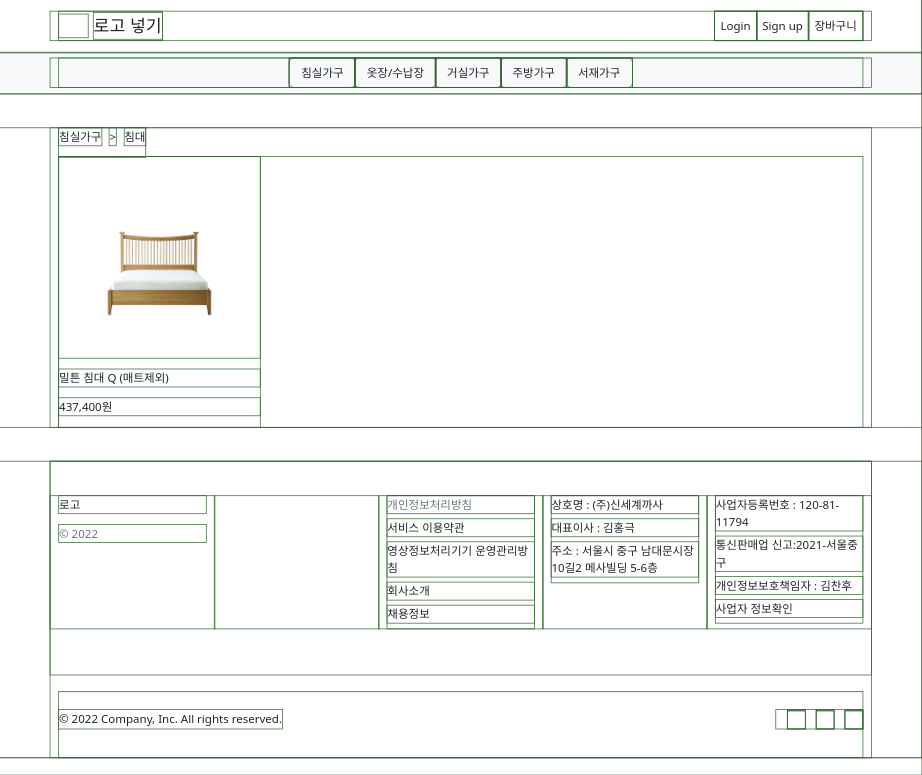
Repository: raoniee/Elice-House-Project
Page: FE/views/pages/main/item-list-page.html
These files come from the project's save history. The page is drawn as it stood at one moment and after the next save; the edit follows.
The browser window is 1280 px wide. The pictures show the whole page, at 72% of full size.

Above is the page before, as saved 2023-07-06 13:52:08.

### FE/views/pages/main/item-list-page.html
<!DOCTYPE html>
<html lang="ko">
  <head>
    <meta charset="UTF-8" />
    <meta http-equiv="X-UA-Compatible" content="IE=edge" />
    <meta name="viewport" content="width=device-width, initial-scale=1.0" />
    <title>Elice-House/item-list</title>
    <link
      href="https://cdn.jsdelivr.net/npm/bootstrap@5.2.3/dist/css/bootstrap.min.css"
      rel="stylesheet"
      integrity="sha384-rbsA2VBKQhggwzxH7pPCaAqO46MgnOM80zW1RWuH61DGLwZJEdK2Kadq2F9CUG65"
      crossorigin="anonymous"
    />
    <!-- header.module.js -->
    <script
      src="../../components/header/header.js"
      type="module"
      defer
    ></script>
    <!-- footer.module.js -->
    <script
      src="../../components/footer/footer.js"
      type="module"
      defer
    ></script>
    <!-- item-list.module.js -->
    <script src="./item-list-page.js" type="module" defer></script>
    <style>
      * {
        outline: 1px solid #363;
      }
    </style>
  </head>
  <body>
    <header class="header">
      <!-- header template로 삽입 -->
    </header>

    <main>
      <div class="container my-5">
        <div
          class="menu_bar d-flex justify-content-between"
          style="width: 120px"
        >
          <!-- menu_bar template로 삽입 -->
        </div>

        <div class="item_list">
          <div class="item_list_card w-25 d-flex flex-column">
            <img
              class="mb-3"
              src="../../../public/assets/imgs/item-list-card.webp"
              alt=""
            />
            <span class="item_list_name mb-3">밀튼 침대 Q (매트제외)</span>
            <p class="item_list_price mb-3">437,400원</p>
          </div>
          <!-- item_list_card template로 삽입 -->
        </div>
      </div>
    </main>

    <footer class="footer">
      <!-- footer template로 삽입 -->
    </footer>

    <script
      src="https://cdn.jsdelivr.net/npm/bootstrap@5.2.3/dist/js/bootstrap.bundle.min.js"
      integrity="sha384-kenU1KFdBIe4zVF0s0G1M5b4hcpxyD9F7jL+jjXkk+Q2h455rYXK/7HAuoJl+0I4"
      crossorigin="anonymous"
    ></script>
  </body>
</html>

### FE/views/components/header/header.js
export const drawHeader = () => {
  let headerTemplate = `
  <div class="py-3 border-bottom">
      <div class="container d-flex flex-wrap justify-content-center">
        <a
          href="/"
          class="d-flex align-items-center mb-3 mb-lg-0 me-lg-auto text-dark text-decoration-none"
        >
          <svg class="bi me-2" width="40" height="32">
            <use xlink:href="#bootstrap" />
          </svg>
          <span class="fs-4">로고 넣기</span>
        </a>
        <ul class="nav">
          <li class="nav-item">
            <a href="" class="nav-link link-dark px-2">Login</a>
          </li>
          <li class="nav-item">
            <a href="" class="nav-link link-dark px-2">Sign up</a>
          </li>
          <li class="nav-item">
            <a href="" class="nav-link link-dark px-2">장바구니</a>
          </li>
        </ul>
      </div>
    </div>
    <nav class="py-2 bg-light border-bottom">
      <div class="container">
        <ul class="nav justify-content-center nav-pills">
          <li class="nav-item">
            <div class="dropdown text-end">
              <a
                href="#"
                class="d-block link-dark text-decoration-none nav-link"
                data-bs-toggle="dropdown"
                aria-expanded="false"
                >침실가구
              </a>
              <ul class="dropdown-menu text-small">
                <li><a class="dropdown-item" href="#">침대</a></li>
                <li><a class="dropdown-item" href="#">매트리스/토퍼</a></li>
                <li><a class="dropdown-item" href="#">화장대/콘솔/거울</a></li>
                <li><a class="dropdown-item" href="#">서랍장/협탁</a></li>
              </ul>
            </div>
          </li>
          <li class="nav-item">
            <div class="dropdown text-end">
              <a
                href="#"
                class="d-block link-dark text-decoration-none nav-link"
                data-bs-toggle="dropdown"
                aria-expanded="false"
                >옷장/수납장
              </a>
              <ul class="dropdown-menu text-small">
                <li><a class="dropdown-item" href="#">옷장/붙박이장</a></li>
                <li><a class="dropdown-item" href="#">드레스룸/행거</a></li>
              </ul>
            </div>
          </li>
          <li class="nav-item">
            <div class="dropdown text-end">
              <a
                href="#"
                class="d-block link-dark text-decoration-none nav-link"
                data-bs-toggle="dropdown"
                aria-expanded="false"
                >거실가구
              </a>
              <ul class="dropdown-menu text-small">
                <li><a class="dropdown-item" href="#">소파</a></li>
                <li><a class="dropdown-item" href="#">거실테이블</a></li>
                <li><a class="dropdown-item" href="#">거실장</a></li>
              </ul>
            </div>
          </li>
          <li class="nav-item">
            <div class="dropdown text-end">
              <a
                href="#"
                class="d-block link-dark text-decoration-none nav-link"
                data-bs-toggle="dropdown"
                aria-expanded="false"
                >주방가구
              </a>
              <ul class="dropdown-menu text-small">
                <li><a class="dropdown-item" href="#">식탁/테이블</a></li>
                <li><a class="dropdown-item" href="#">홈바/아일랜드식탁</a></li>
                <li><a class="dropdown-item" href="#">식탁세트</a></li>
              </ul>
            </div>
          </li>
          <li class="nav-item">
            <div class="dropdown text-end">
              <a
                href="#"
                class="d-block link-dark text-decoration-none nav-link"
                data-bs-toggle="dropdown"
                aria-expanded="false"
                >서재가구
              </a>
              <ul class="dropdown-menu text-small">
                <li><a class="dropdown-item" href="#">책상/책장/ACC</a></li>
                <li><a class="dropdown-item" href="#">서재의자</a></li>
              </ul>
            </div>
          </li>
        </ul>
      </div>
    </nav>
    `;
  // .header 부분에 header.html을 삽입
  const headerTag = document.querySelector(".header");
  headerTag.innerHTML = headerTemplate;
};

### FE/views/components/footer/footer.js
export const drawFooter = () => {
  let footerTemplate = `
        <div class="container">
      <div class="row py-5">
        <div class="col mb-3">
          <a
            href="/"
            class="d-flex align-items-center mb-3 link-dark text-decoration-none"
          >
            로고
          </a>
          <p class="text-muted">&copy; 2022</p>
        </div>

        <div class="col mb-3"></div>

        <div class="col mb-3">
          <ul class="nav flex-column">
            <li class="nav-item mb-2 text-muted">개인정보처리방침</li>
            <li class="nav-item mb-2">서비스 이용약관</li>
            <li class="nav-item mb-2">영상정보처리기기 운영관리방침</li>
            <li class="nav-item mb-2">회사소개</li>
            <li class="nav-item mb-2">채용정보</li>
          </ul>
        </div>

        <div class="col mb-3">
          <ul class="nav flex-column">
            <li class="nav-item mb-2">상호명 : (주)신세계까사</li>
            <li class="nav-item mb-2">대표이사 : 김홍극</li>
            <li class="nav-item mb-2">
              주소 : 서울시 중구 남대문시장10길2 메사빌딩 5-6층
            </li>
          </ul>
        </div>

        <div class="col mb-3">
          <ul class="nav flex-column">
            <li class="nav-item mb-2">사업자등록번호 : 120-81-11794</li>
            <li class="nav-item mb-2">통신판매업 신고:2021-서울중구</li>
            <li class="nav-item mb-2">개인정보보호책임자 : 김찬후</li>
            <li class="nav-item mb-2">사업자 정보확인</li>
          </ul>
        </div>
      </div>
      <div
        class="d-flex flex-column flex-sm-row justify-content-between py-4 my-4 border-top"
      >
        <p>&copy; 2022 Company, Inc. All rights reserved.</p>
        <ul class="list-unstyled d-flex">
          <li class="ms-3">
            <a class="link-dark" href="#"
              ><svg class="bi" width="24" height="24">
                <use xlink:href="#twitter" /></svg
            ></a>
          </li>
          <li class="ms-3">
            <a class="link-dark" href="#"
              ><svg class="bi" width="24" height="24">
                <use xlink:href="#instagram" /></svg
            ></a>
          </li>
          <li class="ms-3">
            <a class="link-dark" href="#"
              ><svg class="bi" width="24" height="24">
                <use xlink:href="#facebook" /></svg
            ></a>
          </li>
        </ul>
      </div>
    </div>
    `;
  // .footer 부분에 footer.html을 삽입
  const footerTag = document.querySelector(".footer");
  footerTag.innerHTML = footerTemplate;
};

### FE/views/pages/main/item-list-page.js
import { drawHeader } from "../../components/header/header.js";
import { drawFooter } from "../../components/footer/footer.js";
import { drawMenubar } from "../../components/menu-bar/menu-bar.js";

// Header, Footer 템플릿 삽입
drawHeader();
drawFooter();

// Menubar 템플릿 삽입
drawMenubar();

### FE/views/components/menu-bar/menu-bar.js
export const drawMenubar = () => {
  let menubarTemplate = `<p class="menu-depth1">침실가구</p>
    <p class="arrow">></p>
    <p class="menu-depth2">침대</p>`;
  // .menu_bar 부분에 menu_bar.html을 삽입
  const menu_barTag = document.querySelector(".menu_bar");
  menu_barTag.innerHTML = menubarTemplate;
};

After the next save:
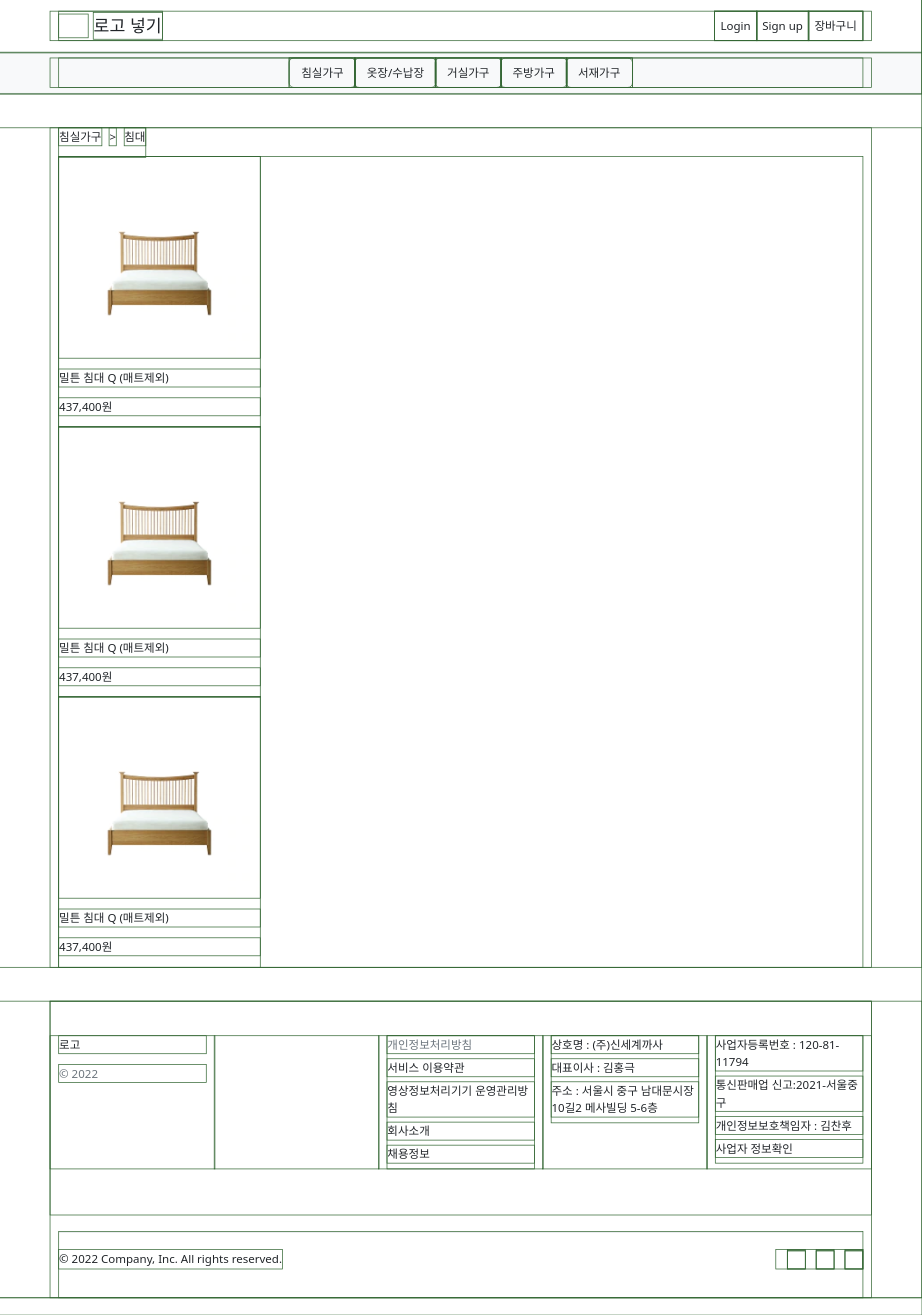
Saved 12 s later.
--- a/FE/views/pages/main/item-list-page.html
+++ b/FE/views/pages/main/item-list-page.html
@@ -55,6 +55,24 @@
             <span class="item_list_name mb-3">밀튼 침대 Q (매트제외)</span>
             <p class="item_list_price mb-3">437,400원</p>
           </div>
+          <div class="item_list_card w-25 d-flex flex-column">
+            <img
+              class="mb-3"
+              src="../../../public/assets/imgs/item-list-card.webp"
+              alt=""
+            />
+            <span class="item_list_name mb-3">밀튼 침대 Q (매트제외)</span>
+            <p class="item_list_price mb-3">437,400원</p>
+          </div>
+          <div class="item_list_card w-25 d-flex flex-column">
+            <img
+              class="mb-3"
+              src="../../../public/assets/imgs/item-list-card.webp"
+              alt=""
+            />
+            <span class="item_list_name mb-3">밀튼 침대 Q (매트제외)</span>
+            <p class="item_list_price mb-3">437,400원</p>
+          </div>
           <!-- item_list_card template로 삽입 -->
         </div>
       </div>

After the save that followed:
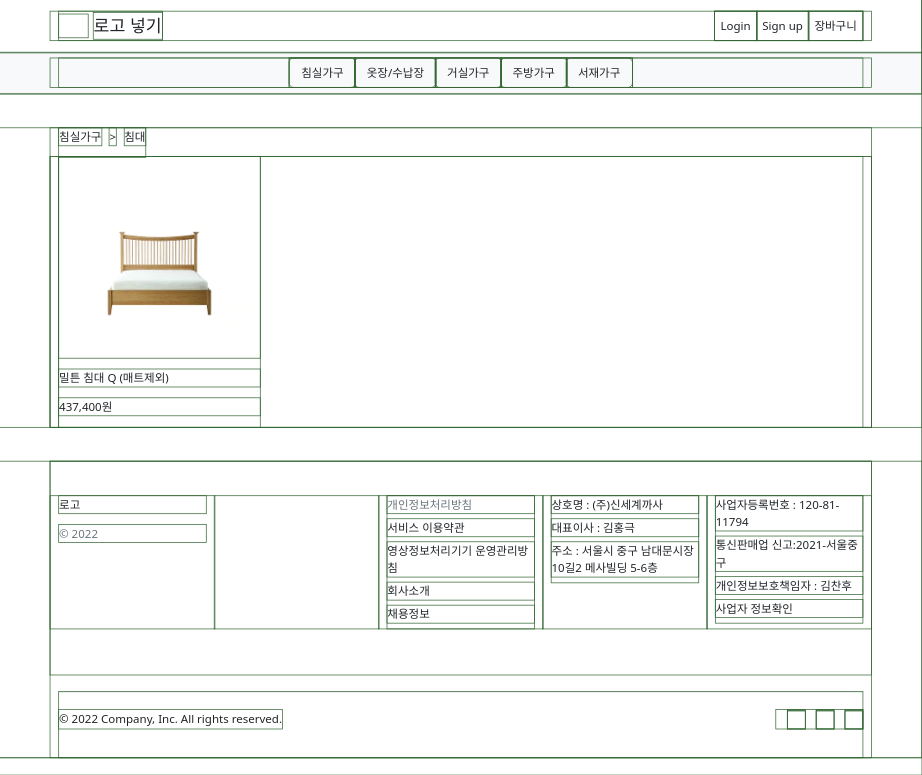
Saved 2 min 31 s later.
--- a/FE/views/pages/main/item-list-page.html
+++ b/FE/views/pages/main/item-list-page.html
@@ -46,32 +46,18 @@
         </div>
 
         <div class="item_list">
-          <div class="item_list_card w-25 d-flex flex-column">
-            <img
-              class="mb-3"
-              src="../../../public/assets/imgs/item-list-card.webp"
-              alt=""
-            />
-            <span class="item_list_name mb-3">밀튼 침대 Q (매트제외)</span>
-            <p class="item_list_price mb-3">437,400원</p>
-          </div>
-          <div class="item_list_card w-25 d-flex flex-column">
-            <img
-              class="mb-3"
-              src="../../../public/assets/imgs/item-list-card.webp"
-              alt=""
-            />
-            <span class="item_list_name mb-3">밀튼 침대 Q (매트제외)</span>
-            <p class="item_list_price mb-3">437,400원</p>
-          </div>
-          <div class="item_list_card w-25 d-flex flex-column">
-            <img
-              class="mb-3"
-              src="../../../public/assets/imgs/item-list-card.webp"
-              alt=""
-            />
-            <span class="item_list_name mb-3">밀튼 침대 Q (매트제외)</span>
-            <p class="item_list_price mb-3">437,400원</p>
+          <div class="row">
+            <div class="col">
+              <div class="item_list_card w-25 d-flex flex-column">
+                <img
+                  class="mb-3"
+                  src="../../../public/assets/imgs/item-list-card.webp"
+                  alt=""
+                />
+                <span class="item_list_name mb-3">밀튼 침대 Q (매트제외)</span>
+                <p class="item_list_price mb-3">437,400원</p>
+              </div>
+            </div>
           </div>
           <!-- item_list_card template로 삽입 -->
         </div>
